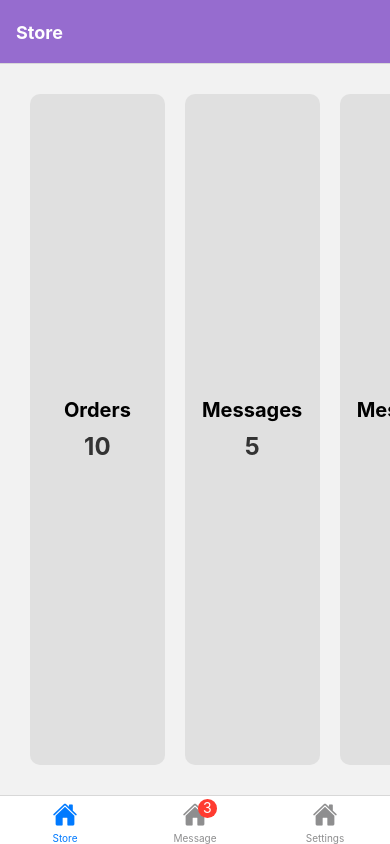
Repository: Waikato153/AwesomeProject
Screen: /
The author's editor kept a copy of each file at every save. The screen is drawn from the files as they stood at one save, then again after the next save.
The app was drawn by React Native's web renderer in a window 390 px wide. The project was rebuilt for these pictures with package versions that can differ from the ones it lists, and the page was loaded fresh each time.

Above is the screen before, as saved 2024-02-29 10:23:50.

### App.js
import * as React from 'react';
import { Text, View, StyleSheet} from 'react-native';
import { NavigationContainer } from '@react-navigation/native';
import { createBottomTabNavigator } from '@react-navigation/bottom-tabs';
import { Ionicons } from '@expo/vector-icons';

import HomeScreen from './screens/HomeScreen';

function SettingsScreen() {
  return (
    <View style={{ flex: 1, justifyContent: 'center', alignItems: 'center' }}>
      <Text>Settings!</Text>
    </View>
  );
}


const styles = StyleSheet.create({
  container: {
    flex: 1,
    justifyContent: 'center',
    backgroundColor: 'white',
    alignItems: 'center',
    padding: 8,
  },
  paragraph: {
    margin: 24,
    fontSize: 18,
    fontWeight: 'bold',
    textAlign: 'center',
  },
});

const Tab = createBottomTabNavigator();

function MyTabs() {
  return (

    <Tab.Navigator
      screenOptions={{
        tabBarIcon: ({ color, size }) => (
          <Ionicons name="home" color={color} size={size} />
        ),
        headerStyle: {
          backgroundColor: '#966ccf',
        },
        headerTintColor: '#fff',
        headerTitleStyle: {
          fontWeight: 'bold',
        },
      }}
    >
      <Tab.Screen
        name="Store"
        component={HomeScreen}

      />
      <Tab.Screen
        name="Message"
        component={SettingsScreen}
        options={{
          tabBarBadge: 3
        }}
      />
      <Tab.Screen
        name="Settings"
        component={SettingsScreen}
      />
    </Tab.Navigator>
  );
}

export default function App() {
  return (
    <NavigationContainer>
      <MyTabs />
    </NavigationContainer>
  );
}

### screens/HomeScreen.js
import React from 'react';
import { View, Text, StyleSheet, ScrollView } from 'react-native';

const HomeScreen = () => {
  return (
    <ScrollView horizontal={true} contentContainerStyle={styles.container}
    showsHorizontalScrollIndicator={false}>
      <View style={styles.block}>
        <Text style={styles.title}>Orders</Text>
        <Text style={styles.count}>10</Text>
      </View>
      <View style={styles.block}>
        <Text style={styles.title}>Messages</Text>
        <Text style={styles.count}>5</Text>
      </View>
      <View style={styles.block}>
        <Text style={styles.title}>Messages</Text>
        <Text style={styles.count}>5</Text>
      </View>
      <View style={styles.block}>
        <Text style={styles.title}>Messages</Text>
        <Text style={styles.count}>5</Text>
      </View>
      <View style={styles.block}>
        <Text style={styles.title}>Messages</Text>
        <Text style={styles.count}>5</Text>
      </View>
      <View style={styles.block}>
        <Text style={styles.title}>Messages</Text>
        <Text style={styles.count}>5</Text>
      </View>
    </ScrollView>
  );
};

const styles = StyleSheet.create({
  container: {
    padding: 20,

  },
  block: {
    flex:1,
    justifyContent: 'center',
    alignItems: 'center',
    backgroundColor: '#e0e0e0',
    borderRadius: 10,
    padding: 20,
    margin: 10,
  },
  title: {
    fontSize: 20,
    fontWeight: 'bold',
    marginBottom: 10,
  },
  count: {
    fontSize: 24,
    fontWeight: 'bold',
    color: '#333333',
  },
});

export default HomeScreen;

After the next save:
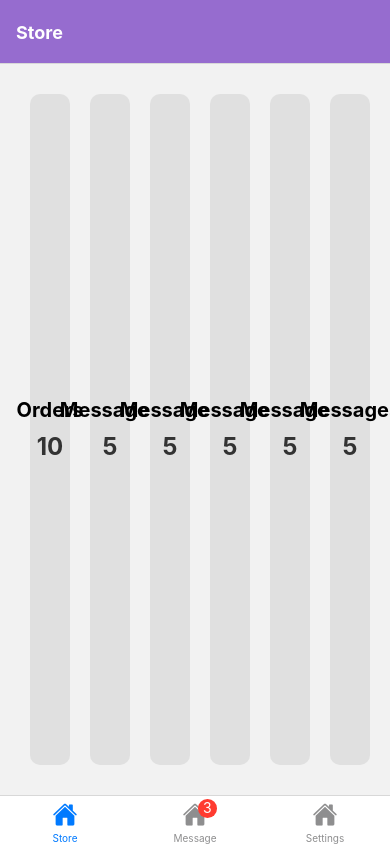
Saved 51 min 24 s later.
--- a/screens/HomeScreen.js
+++ b/screens/HomeScreen.js
@@ -46,6 +46,7 @@ const styles = StyleSheet.create({
     borderRadius: 10,
     padding: 20,
     margin: 10,
+    width: 10,
   },
   title: {
     fontSize: 20,
